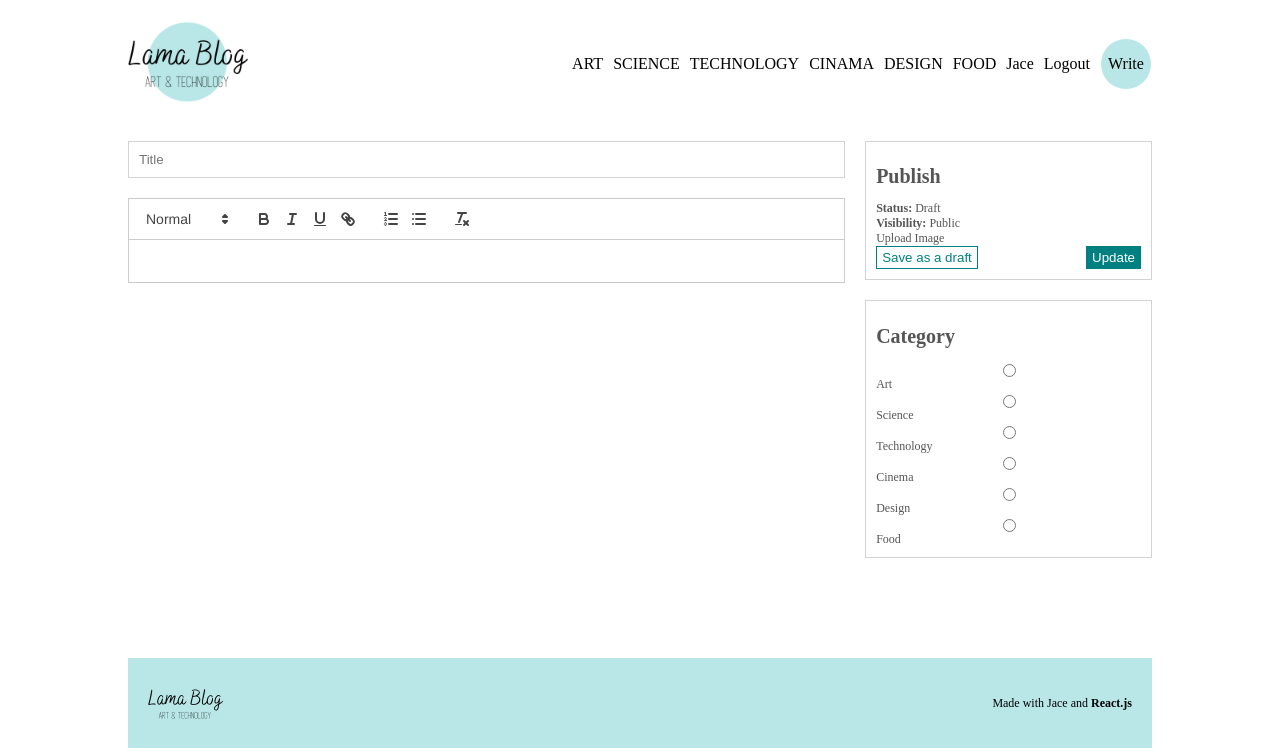
Repository: Jace9999/V-Blog
Page: /write (app in client/)
These files come from the project's save history. The page is drawn as it stood at one moment and after the next save; the edit follows.
The browser window is 1280 px wide. The pictures show the whole page.
The project was rebuilt for these pictures with package versions that can differ from the ones it lists, and the page was loaded fresh each time. Also part of the build but not shown: client/vite.config.js, client/src/pages/Register.jsx, client/src/pages/Home.jsx, client/src/components/Menu.jsx, client/src/pages/Single.jsx, client/src/pages/Login.jsx.

Above is the page before, as saved 2023-08-04 03:02:41.

After the next save:
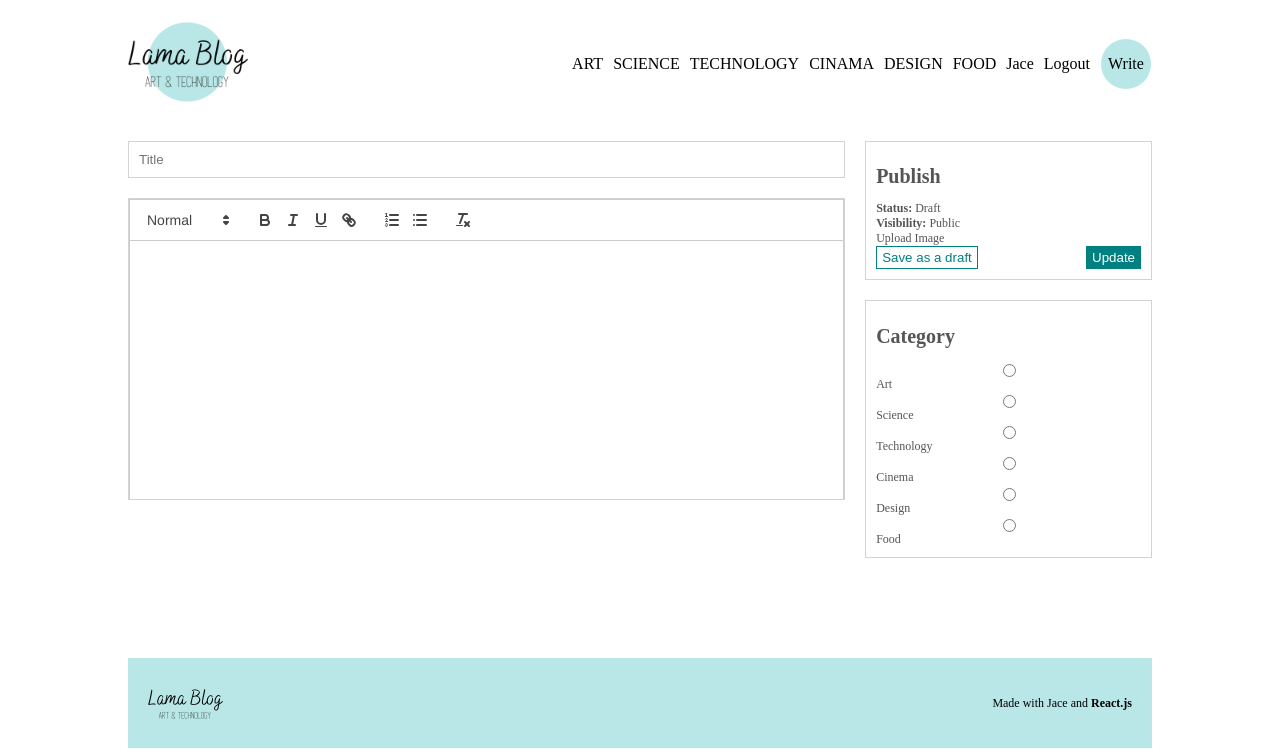
Saved 48 s later.
--- a/client/src/pages/Write.jsx
+++ b/client/src/pages/Write.jsx
@@ -10,7 +10,7 @@ export const Write = () => {
     <div className='add'>
       <div className='content'>
         <input type="text" placeholder='Title'/>
-        <div className="editContainer">
+        <div className="editorContainer">
         <ReactQuill className="editor" theme="snow"
         value={value} onChange={setValue}/>
         </div>
